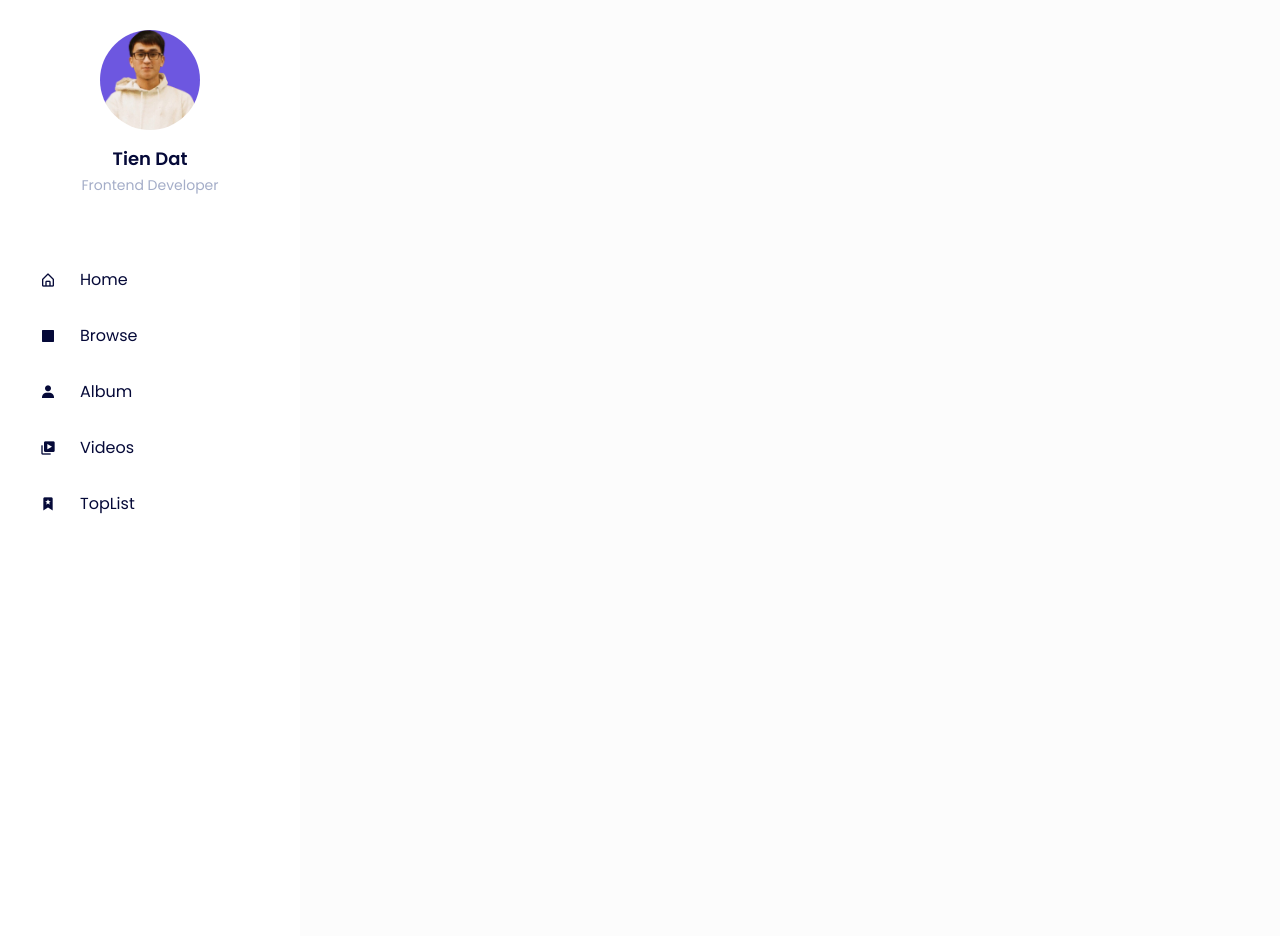
Repository: Datt21/music-webapp
Page: index.html
The author's editor kept a copy of each file at every save. The page is drawn from the files as they stood at one save, then again after the next save.
The browser window is 1280 px wide. The pictures show the whole page.
The style sheet was rebuilt from its Sass, Less or Tailwind sources for each picture, by a compiler version that may differ from the author's.

Above is the page before, as saved 2021-09-05 04:59:34.

After the next save:
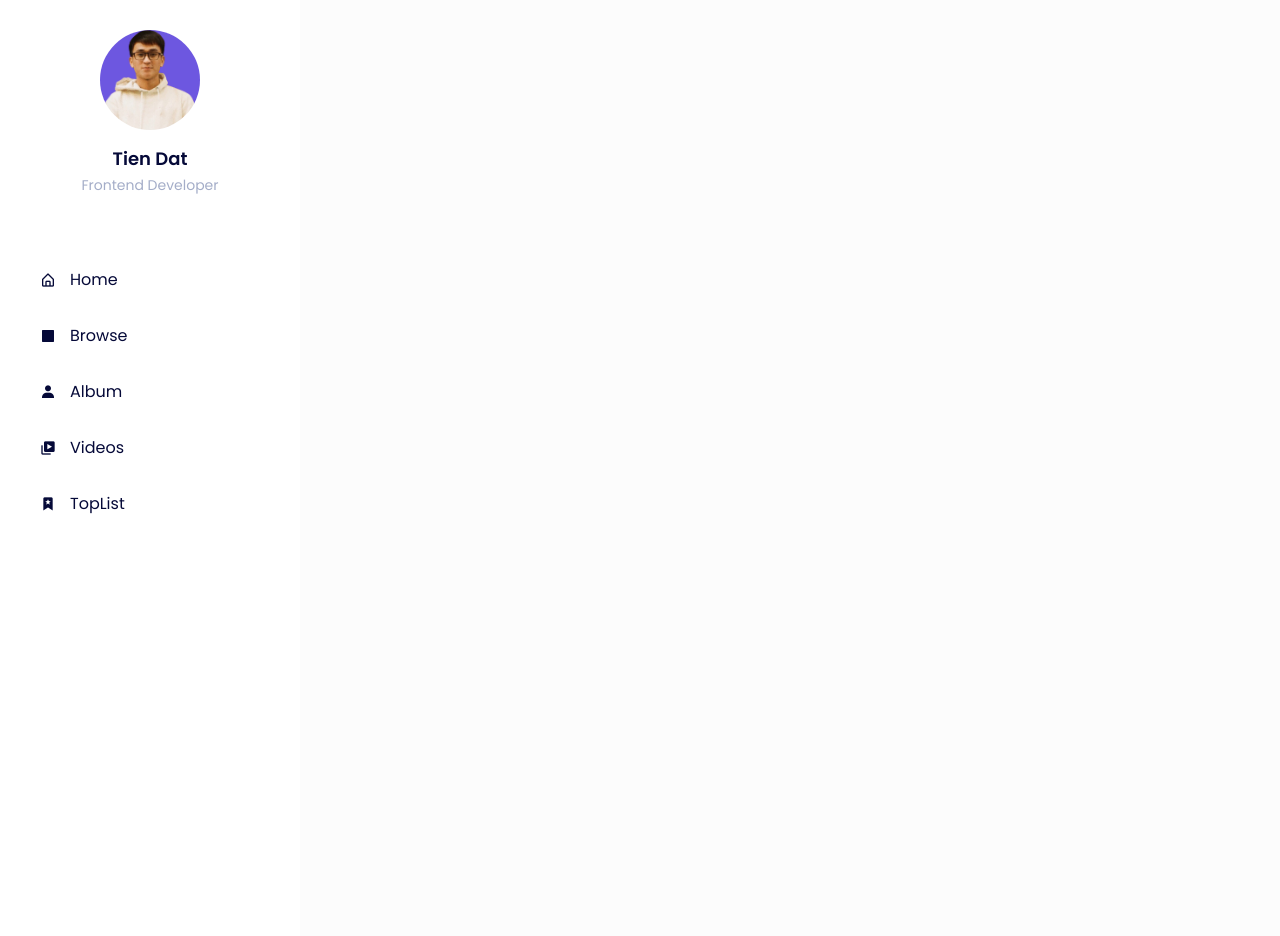
Saved 31 s later.
--- a/app.scss
+++ b/app.scss
@@ -107,6 +107,6 @@
     }
     &-icon {
         width: 25px;
-        padding-right: 40px;
+        padding-right: 30px;
     }
 }
